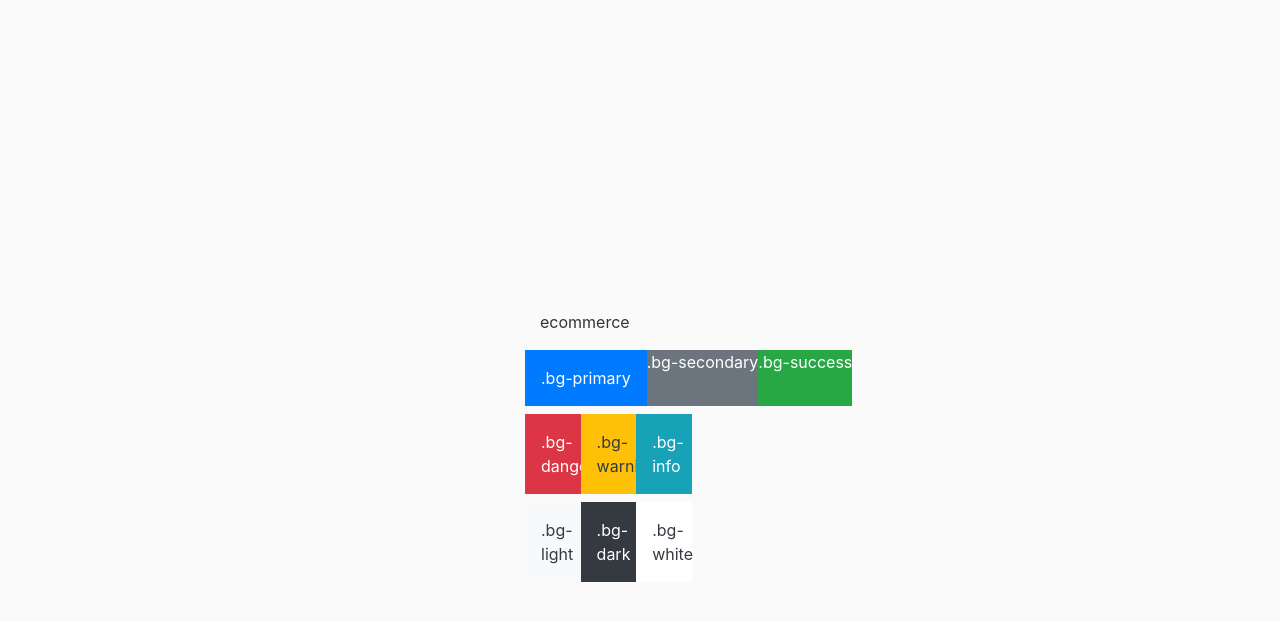
Repository: khanhdk0000/first_proj
Page: http://localhost/about?my_var=ecommerce
The author's editor kept a copy of each file at every save. The page is drawn from the files as they stood at one save, then again after the next save.
The browser window is 1280 px wide. The pictures show the whole page.
Some web libraries are served in a nearby version. The page is served by the project's application, run on Flask 3 (flaskblog.py).

Above is the page before, as saved 2021-05-25 12:19:16.

After the next save:
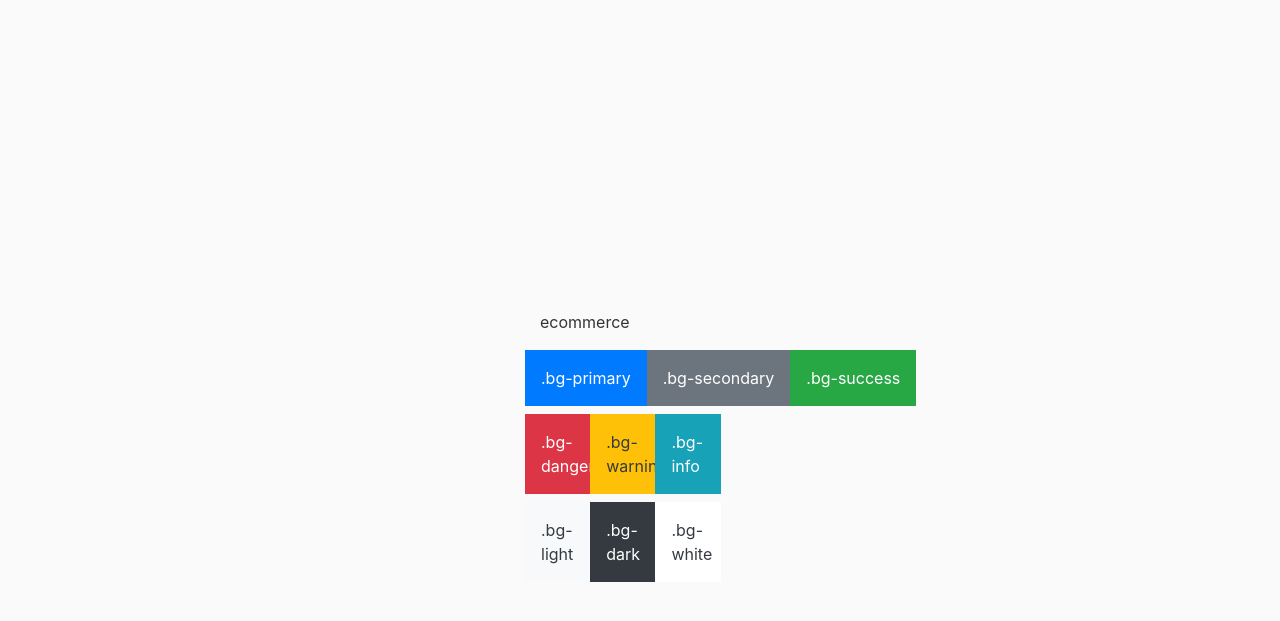
Saved 17 s later.
--- a/templates/about.html
+++ b/templates/about.html
@@ -4,8 +4,8 @@
 <p>{{ var}}</p>
 <div class="row">
     <div class="col-md-15 p-3 mb-2 bg-primary text-white">.bg-primary</div>
-    <div class="col-md-15 mb-2 bg-secondary text-white">.bg-secondary</div>
-    <div class="col-md-15 mb-2 bg-success text-white">.bg-success</div>
+    <div class="col-md-15 p-3 mb-2 bg-secondary text-white">.bg-secondary</div>
+    <div class="col-md-15 p-3 mb-2 bg-success text-white">.bg-success</div>
 </div>
 
 <div class="row">
